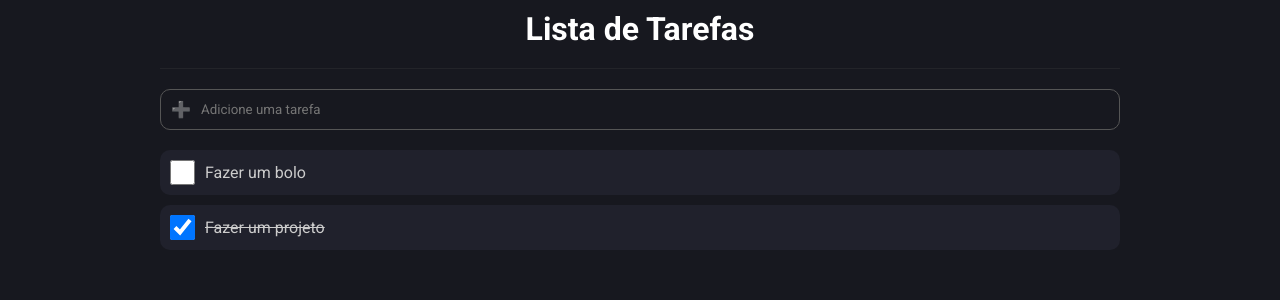
Repository: guilhermecardoso93/todolist-app
Page: /
These files come from the project's save history. The page is drawn as it stood at one moment and after the next save; the edit follows.
The browser window is 1280 px wide. The pictures show the whole page.
The project was rebuilt for these pictures with package versions that can differ from the ones it lists, and the page was loaded fresh each time. Also part of the build but not shown: vite.config.ts.

Above is the page before, as saved 2022-11-12 22:43:13.

### index.html
<!DOCTYPE html>
<html lang="en">
  <head>
    <meta charset="UTF-8" />
    <meta name="viewport" content="width=device-width, initial-scale=1.0" />
    <link rel="preconnect" href="https://fonts.googleapis.com">
    <link rel="preconnect" href="https://fonts.gstatic.com" crossorigin>
    <link
      href="https://fonts.googleapis.com/css2?family=Roboto:wght@400;500;700&display=swap"
      rel="stylesheet">
    <title>ToDo List</title>
  </head>
  <body>
    <div id="root"></div>
    <script type="module" src="/src/main.tsx"></script>
  </body>
</html>

### src/main.tsx
import React from 'react'
import ReactDOM from 'react-dom/client'
import {App} from './App'

import '../global.css'


ReactDOM.createRoot(document.getElementById('root') as HTMLElement).render(
  <React.StrictMode>
    <App />
  </React.StrictMode>
)

### src/App.tsx
import { useState } from "react";
import { Area, Container, Header } from "./App.styles";
import { AddTask } from "./components/AddTask";
import { ListTask } from "./components/ListTask";
import { Item } from "./types/Item";

export function App() {
  const [list, setList] = useState<Item[]>([
    {
      id: 1,
      task: "Fazer um bolo",
      isDone: false,
    },
    {
      id: 2,
      task: "Fazer um projeto",
      isDone: true,
    },
  ]);

  return (
    <Container>
      <Area>
        <Header>Lista de Tarefas</Header>
        <AddTask/>

       {list.map((task) => (
        <ListTask  task={task} key={task.id}/>
       ))}
      </Area>
    </Container>
  );
}

### global.css
* {
  box-sizing: border-box;
  margin: 0;
  padding: 0;

  font-family: 'Roboto', sans-serif;
}

### src/App.styles.ts
import styled from "styled-components";

export const Container = styled.div`
  background-color: #17181f;
  color: #797a81;
  min-height: 100vh;
`;

export const Area = styled.div`
  margin: auto;
  max-width: 980px;
  padding: 10px;
`;

export const Header = styled.h1`
  margin: 0;
  padding: 0;
  text-align: center;
  color: #fff;
  border-bottom: 1px solid #4444;
  padding-bottom: 20px;
  margin-bottom: 20px;
`;

### src/components/AddTask/index.tsx
import { Container } from "./AddTask.styles";

export function AddTask() {
return (
  <Container>
    <div className="image">
      ➕
    </div>
    <input
      type='text'
      placeholder='Adicione uma tarefa'
    />
  </Container>
)
}

### src/components/ListTask/index.tsx
import { useState } from "react";
import { Container } from "./ListTask.styles";
import { Item } from "../../types/Item";

type Props = {
  task: Item
  onChange: (id: number, done: boolean) => void
}

export function ListTask({ task, onChange }: Props) {
  const [ isChecked, setIsChecked] = useState(task.isDone)

  return (
    <Container isDone={isChecked}>
     <input
      type='checkbox'
      checked={isChecked}
      onChange={e => onChange(task.id, e.target.checked)}
      />
     <label>{task.task}</label>
    </Container>
  )
}

### src/components/AddTask/AddTask.styles.ts
import styled from "styled-components";

export const Container = styled.div`
  display: flex;
  align-items: center;
  justify-content: start;

  padding: 10px;
  margin: 20px 0px;
  border-radius: 10px;
  border: 1px solid #555;

  .image {
    margin-right: 10px;
  }

  input {
    border: none;
    background: none;
  }
`;

### src/components/ListTask/ListTask.styles.ts
import styled from "styled-components";

type ContainerProps = {
  isDone: boolean;
};

export const Container = styled.div(
  ({ isDone }: ContainerProps) =>
    `display: flex;
  background-color: #20212c;
  padding: 10px;
  margin-bottom: 10px;
  border-radius: 10px;
  align-items: center;

  input {
    width: 25px;
    height: 25px;
    margin-right: 10px;
  }

  label {
    color: #ccc;
    text-decoration: ${isDone ? "line-through" : "initial"}
  }`
);

After the next save:
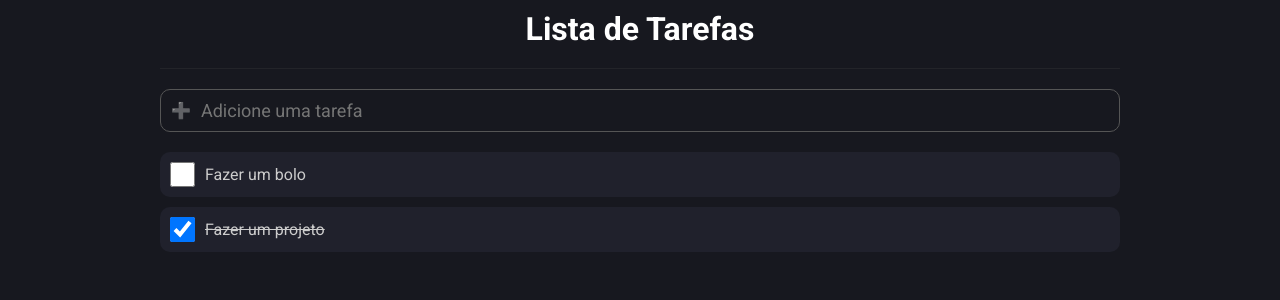
Saved 79 s later.
--- a/src/components/AddTask/AddTask.styles.ts
+++ b/src/components/AddTask/AddTask.styles.ts
@@ -17,5 +17,9 @@ export const Container = styled.div`
   input {
     border: none;
     background: none;
+    outline: 0;
+    color: #fff;
+    font-size: 18px;
+    width: 100%;
   }
 `;
